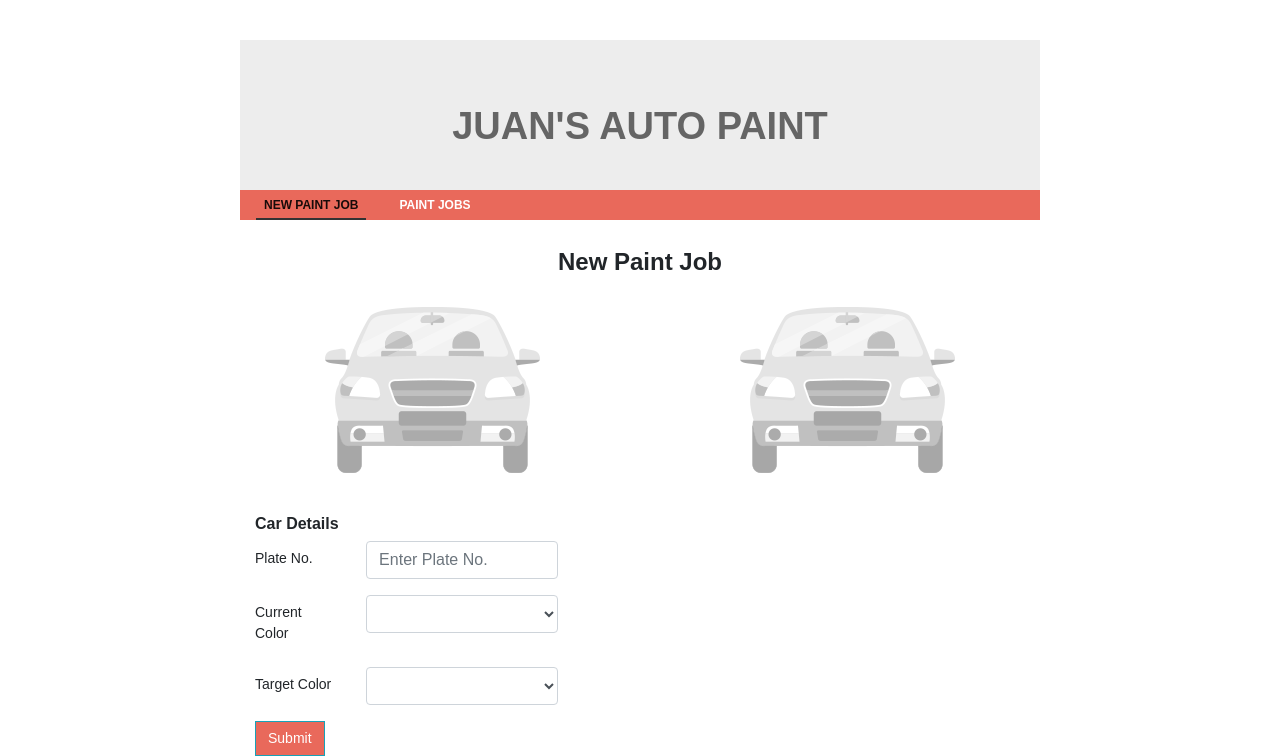
Repository: soycaringal/paint-job
Page: http://localhost/
An editor plug-in stored every save of this project. The page is shown before and after the next save, followed by the edit.
The browser window is 1280 px wide. The pictures show the whole page.
The page is served by the project's Laravel application, run on PHP 8.4 with Laravel 8. Queries for data that is not in the repository find no rows.

Above is the page before, as saved 2020-02-23 17:48:44.

After the next save:
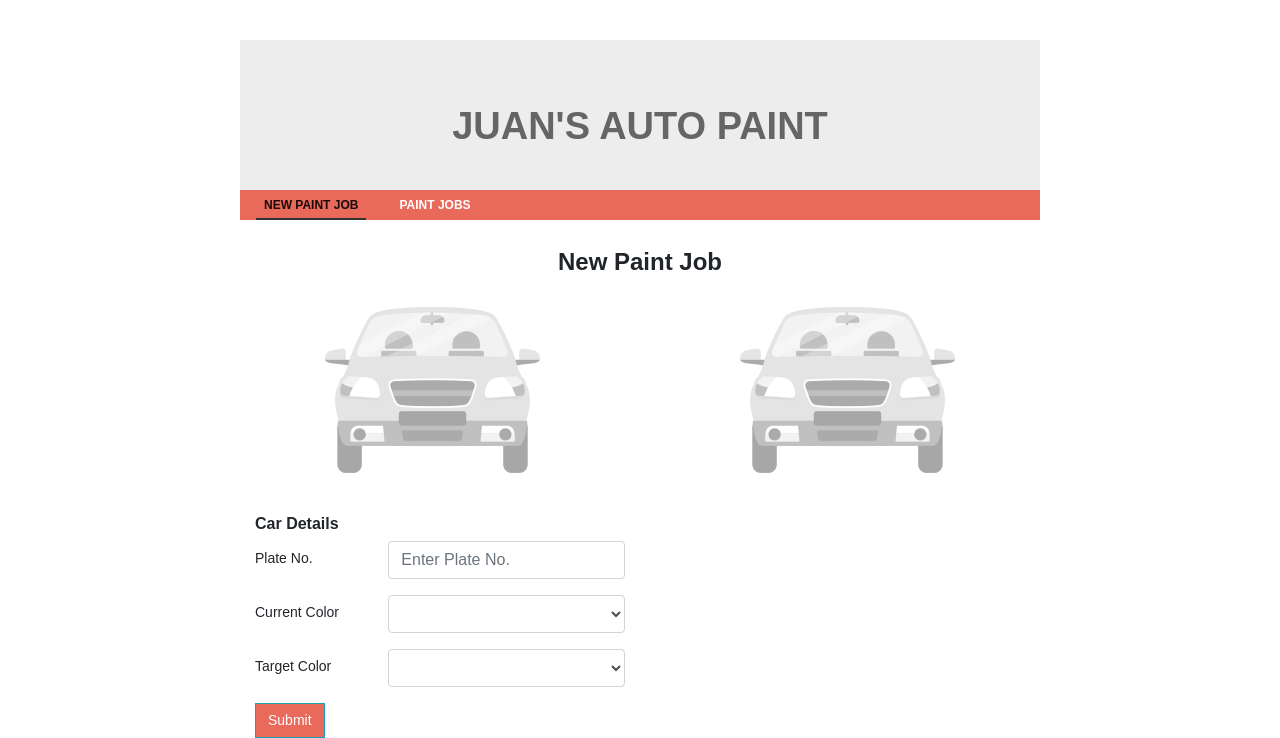
Saved 10 s later.
--- a/resources/views/home.blade.php
+++ b/resources/views/home.blade.php
@@ -23,7 +23,7 @@
     </div>
 
 </section>
-<section class="car-details col-5">
+<section class="car-details col-6">
     <h2>Car Details</h2>
     <form action="{{route('car.store')}}" method="post">
         @csrf
